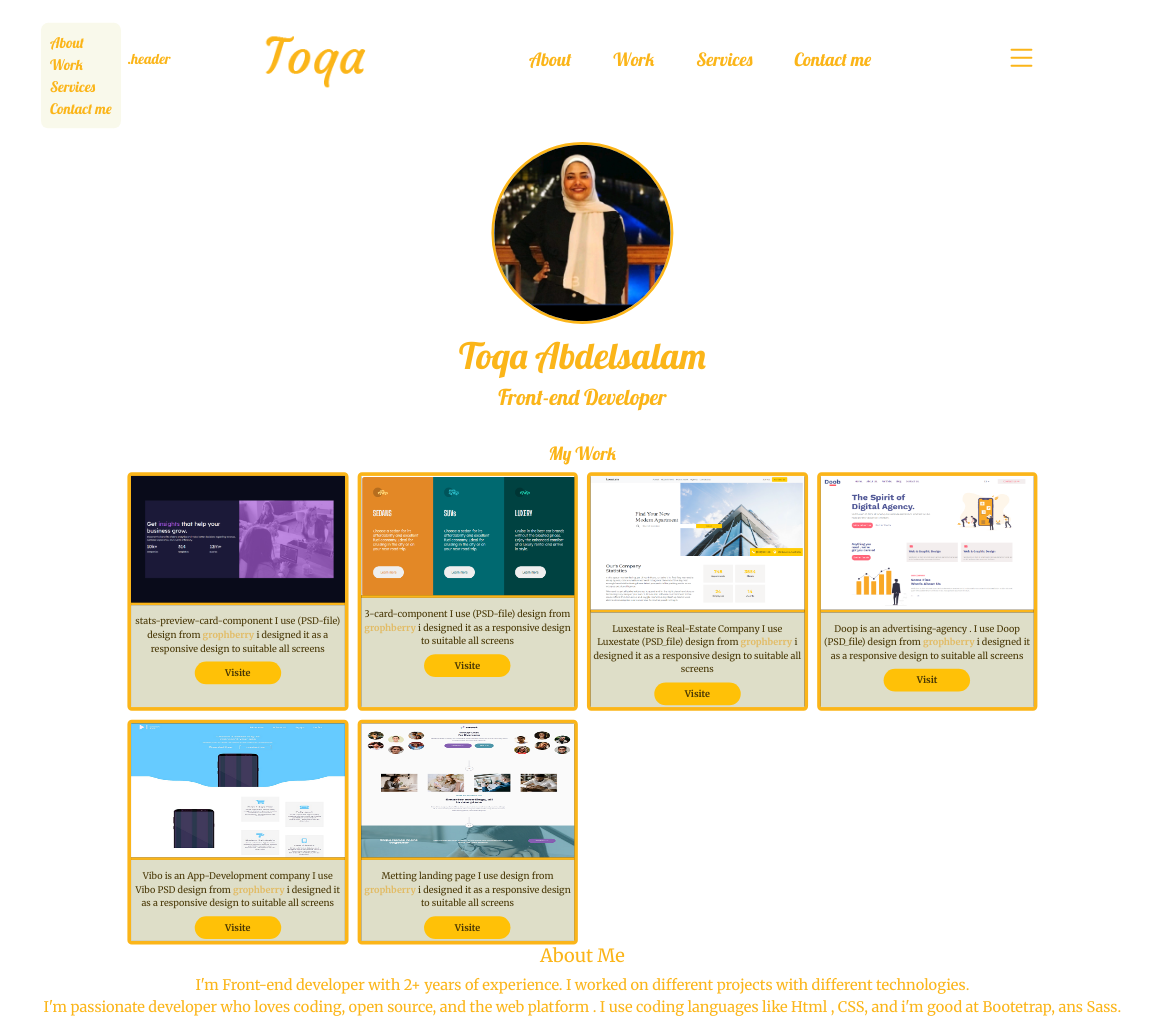
Repository: Toqa-25/portfolio
Page: index.html
The author's editor kept a copy of each file at every save. The page is drawn from the files as they stood at one save, then again after the next save.
The browser window is 1280 px wide. The pictures show the whole page, at 91% of full size.
Some web fonts or font styles are not loaded; a fallback is used.

Above is the page before, as saved 2021-10-31 16:14:44.

After the next save:
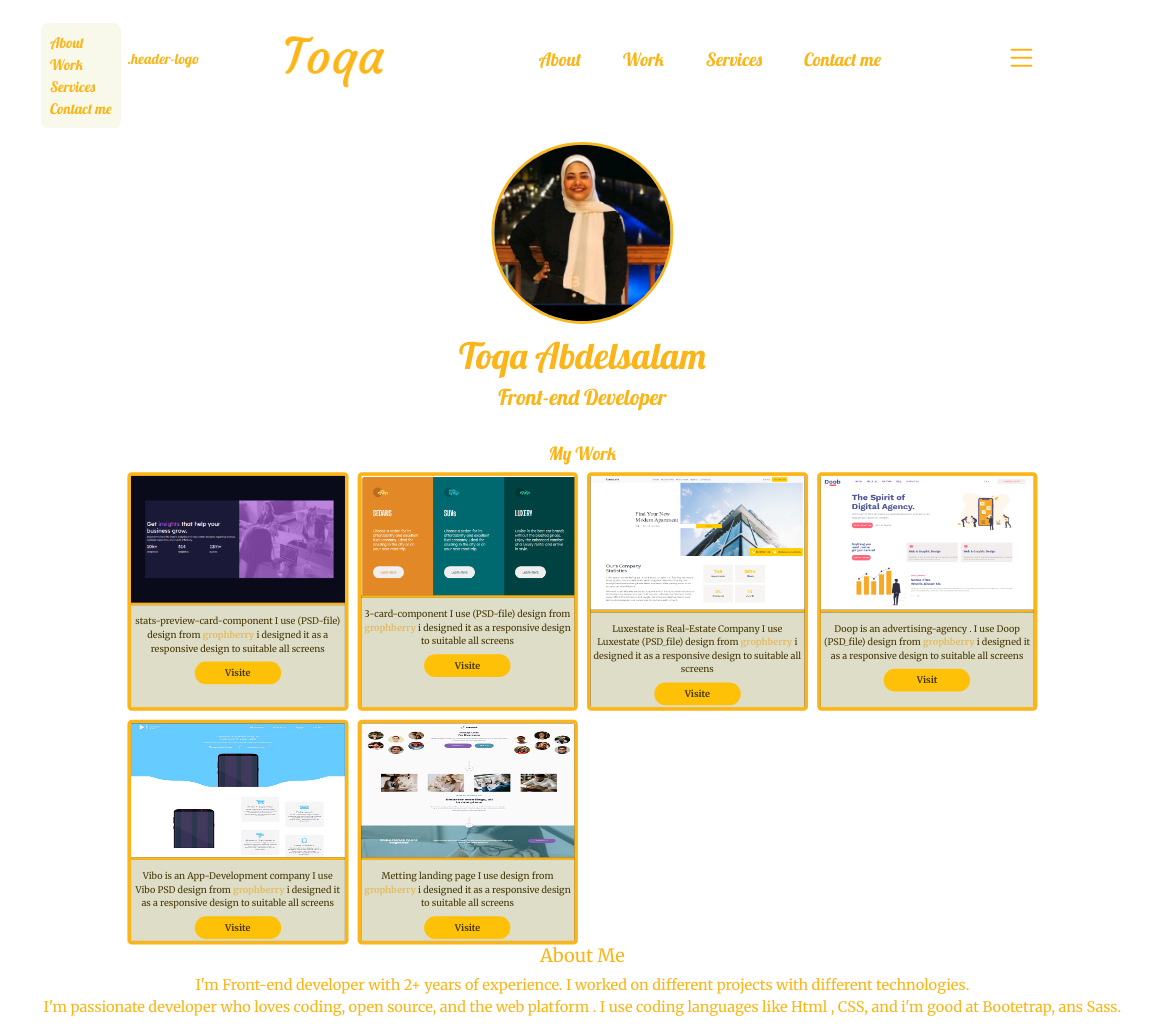
Saved 4 s later.
--- a/index.html
+++ b/index.html
@@ -26,7 +26,7 @@
     <header class="pad">
        <nav class="container">
          <div class="header-content">
-           .header
+           .header-logo
 
          </div>
            <img src="images/logo.png" alt="logo">
